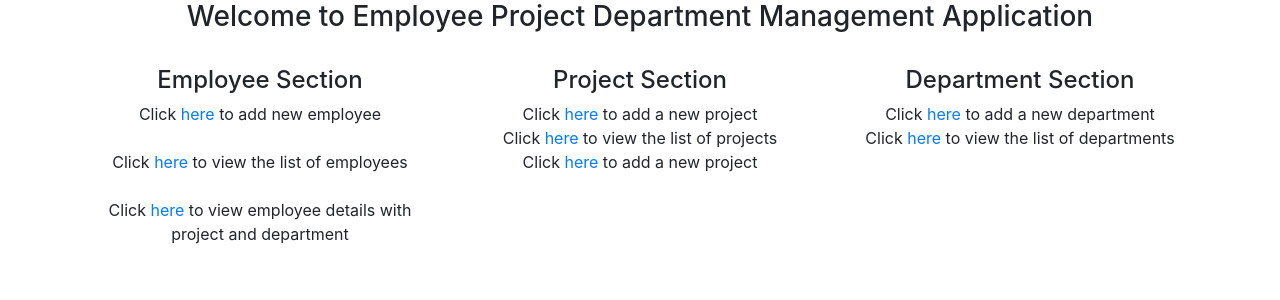
Repository: ArmanAli-cmd/EmployeeProjectDepartmentApplication
Page: http://localhost/EmployeeProjectDepartmentMVCApplication/views/index.jsp
These files come from the project's save history. The page is drawn as it stood at one moment and after the next save; the edit follows.
The browser window is 1280 px wide. The pictures show the whole page.
The page is served by Tomcat 9. The template is opened directly, without the code that normally fills it, so the values that code supplies are empty.

Above is the page before, as saved 2024-01-18 04:55:18.

After the next save:
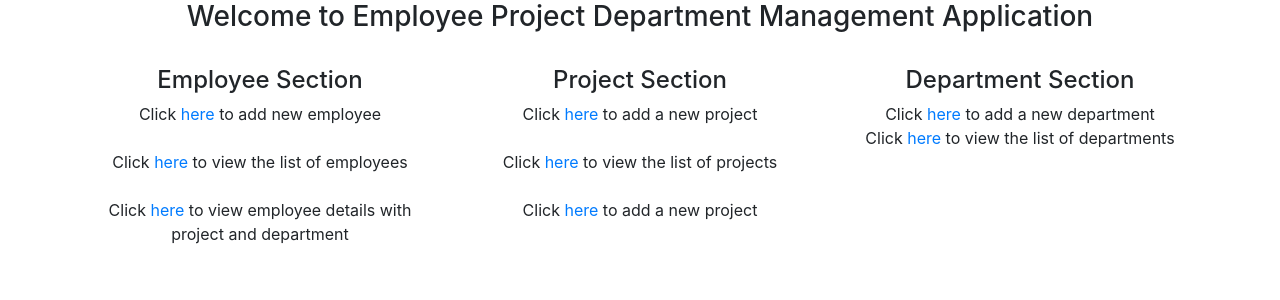
Saved 4 min 51 s later.
--- a/EmployeeProjectDepartmentMVCApplication/src/main/webapp/views/index.jsp
+++ b/EmployeeProjectDepartmentMVCApplication/src/main/webapp/views/index.jsp
@@ -47,8 +47,12 @@
 				<h4>Project Section</h4>
 				<p>
 					Click <a href="views/project-signup.jsp">here</a> to add a new
-					project<br> Click <a href="/projects">here</a> to view the
-					list of projects<br> Click <a href="views/project-add.jsp">here</a>
+					project
+					<br> <br>
+					 Click <a href="/projects">here</a> to view the
+					list of projects
+					<br> <br>
+					 Click <a href="views/project-add.jsp">here</a>
 					to add a new project
 				</p>
 			</div>
